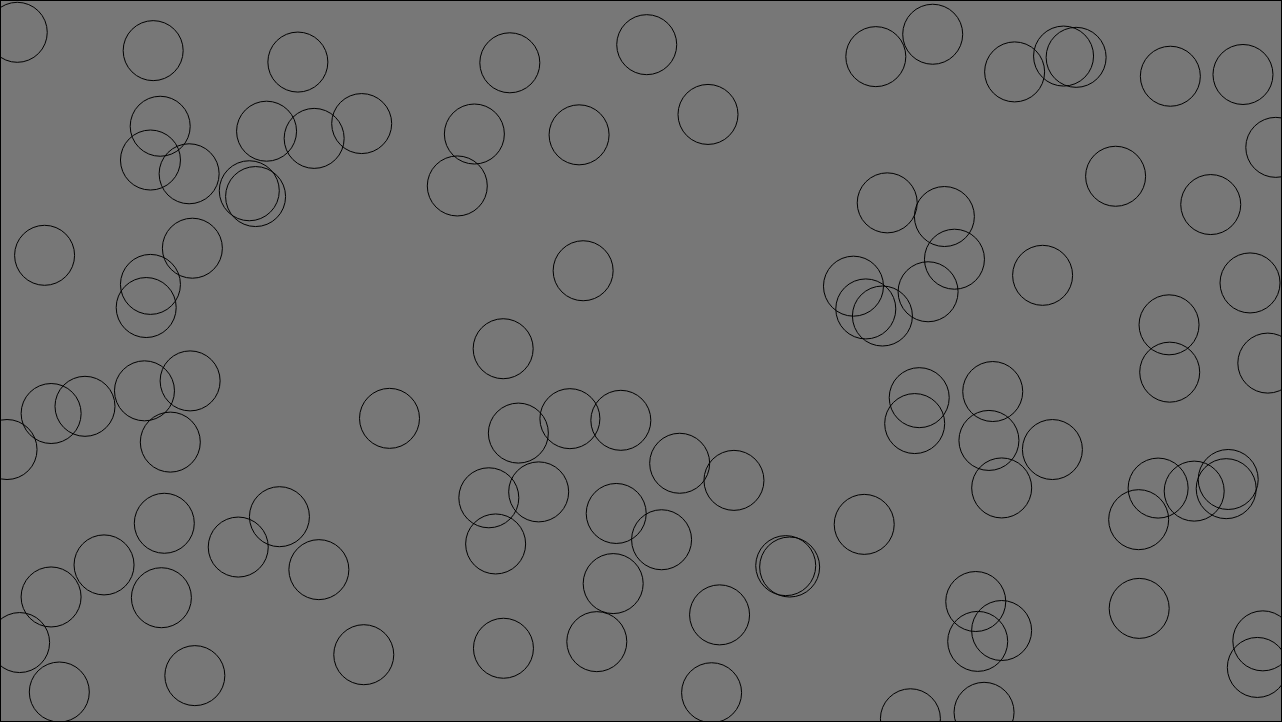
Repository: tenlekdan/particle-effect
Page: inidex.html
The author's editor kept a copy of each file at every save. The page is drawn from the files as they stood at one save, then again after the next save.
The browser window is 1280 px wide. The page is 1282 px wide, so the pictures cover 1282 px, including what lies to the right of the window. The pictures show the whole page.

Above is the page before, as saved 2019-12-26 17:19:12.

After the next save:
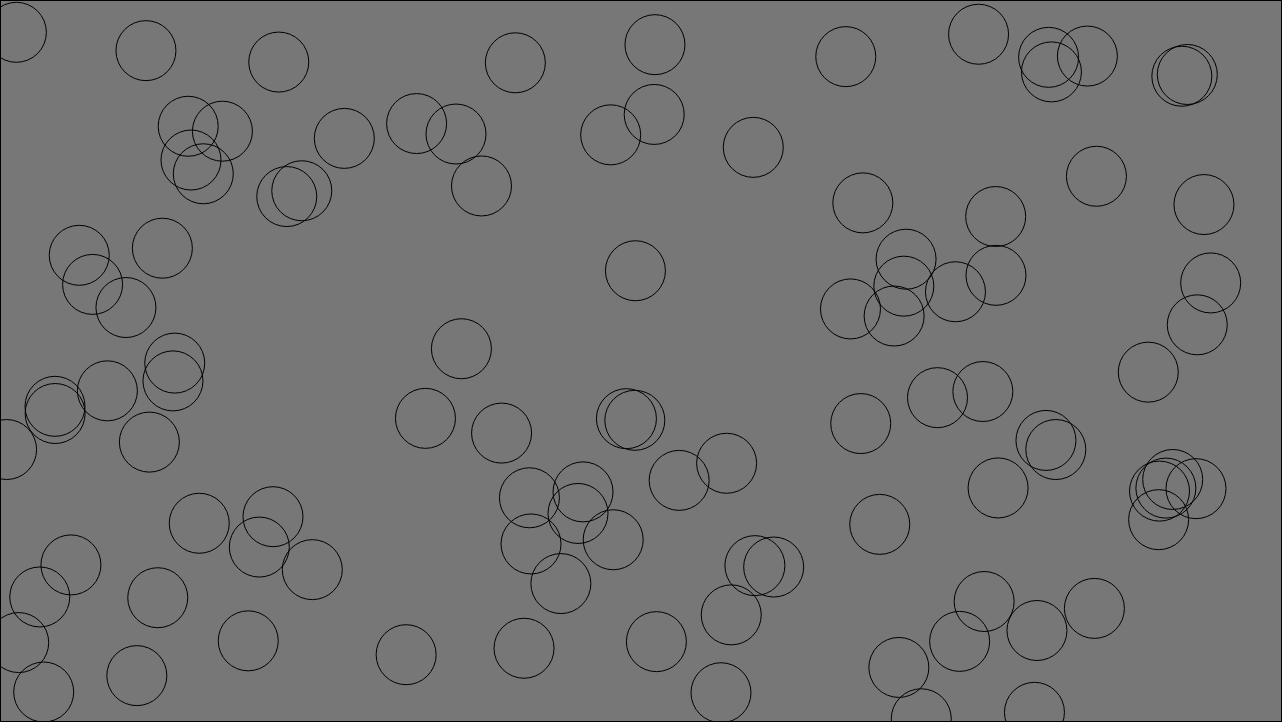
Saved 2 min 13 s later.
--- a/canvas.js
+++ b/canvas.js
@@ -50,9 +50,9 @@
     let circleList = [];
 
     for (let i = 0; i < 100; i++) {
-        let x = Math.random() * innerWidth;
+        let radius = 30;
+        let x = Math.random() * (innerWidth - radius*2);
         let y = Math.random() * innerHeight;
-        let radius = 30;
         let dx = (Math.random() - .5) * 8;
         let dy = (Math.random() - .5) * 8;
 
